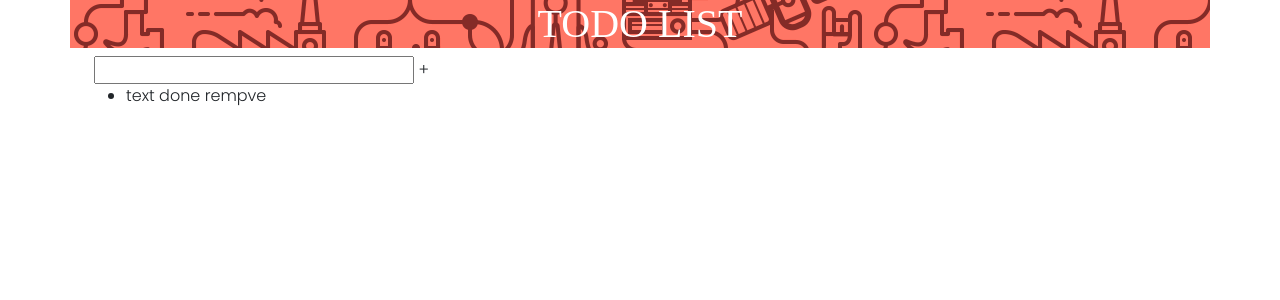
Repository: zum281/todo-list
Page: index.html
An editor plug-in stored every save of this project. The page is shown before and after the next save, followed by the edit.
The browser window is 1280 px wide. The pictures show the whole page.
Some web fonts or font styles are not loaded; a fallback is used. The style sheet was rebuilt from its Sass, Less or Tailwind sources for each picture, by a compiler version that may differ from the author's.

Above is the page before, as saved 2021-03-05 15:51:56.

### index.html
<!DOCTYPE html>
<html lang="en">

    <head>
        <meta charset="UTF-8">
        <meta http-equiv="X-UA-Compatible" content="IE=edge">
        <meta name="viewport" content="width=device-width, initial-scale=1.0">

        <!-- Bootstrap CSS -->
        <link href="https://cdn.jsdelivr.net/npm/bootstrap@5.0.0-beta2/dist/css/bootstrap.min.css" rel="stylesheet"
            integrity="sha384-BmbxuPwQa2lc/FVzBcNJ7UAyJxM6wuqIj61tLrc4wSX0szH/Ev+nYRRuWlolflfl" crossorigin="anonymous">
        <!-- Option 1: Bootstrap Bundle with Popper -->
        <script src="https://cdn.jsdelivr.net/npm/bootstrap@5.0.0-beta2/dist/js/bootstrap.bundle.min.js"
            integrity="sha384-b5kHyXgcpbZJO/tY9Ul7kGkf1S0CWuKcCD38l8YkeH8z8QjE0GmW1gYU5S9FOnJ0" crossorigin="anonymous">
        </script>

        <!--Jquery-->
        <script src="https://code.jquery.com/jquery-3.6.0.min.js"
            integrity="sha256-/xUj+3OJU5yExlq6GSYGSHk7tPXikynS7ogEvDej/m4=" crossorigin="anonymous"></script>

        <link rel="stylesheet" href="css/main.css">
        <title>Todo List</title>
    </head>

    <body>
        <div class="container head">

            <h1 class="title">TODO LIST</h1>
        </div>
        <div class="container main">
            <div class="container add-todo-box">
                <input type="text" name="add-todo" id="add-todo">
                <span>+</span>
            </div>
            <div class="container todo-list-container">
                <ul class="todo-list">
                    <li class="todo-item"><span>text</span> done rempve</li>
                </ul>
            </div>
        </div>
        <script src="js/main.js"></script>
    </body>

</html>

### sass/main.scss
@import url("https://fonts.googleapis.com/css2?family=Poppins:wght@300;400;500;600;700&display=swap");
@import url("https://fonts.googleapis.com/css2?family=Chelsea+Market&display=swap");

* {
    margin: 0;
    padding: 0;
    box-sizing: border-box;
}

body {
    font-weight: 300;
    font-family: "Poppins";
}
.head {
    background: url("/assets/science.png");
    background-blend-mode: hard-light;
}

.title {
    font-family: "Chelsea Market";
    text-align: center;
    color: #fff;
}

Loaded but not shown: js/main.js (common file)

After the next save:
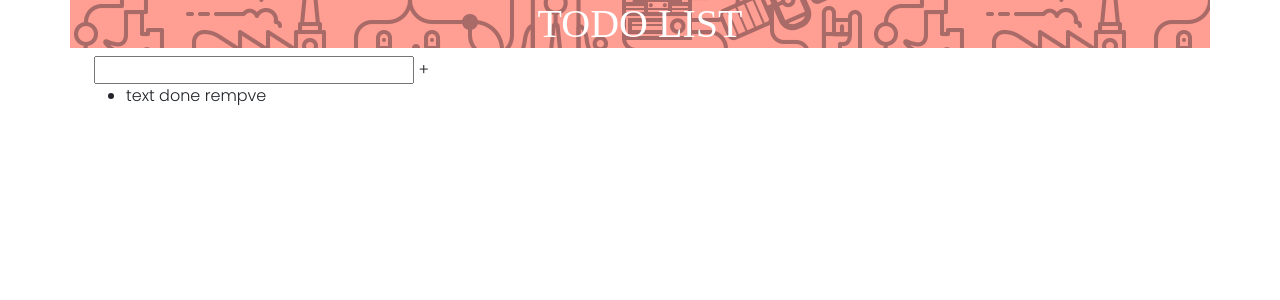
Saved 6 s later.
--- a/sass/main.scss
+++ b/sass/main.scss
@@ -13,7 +13,7 @@ body {
 }
 .head {
     background: url("/assets/science.png");
-    background-blend-mode: hard-light;
+    opacity: 0.7;
 }
 
 .title {
